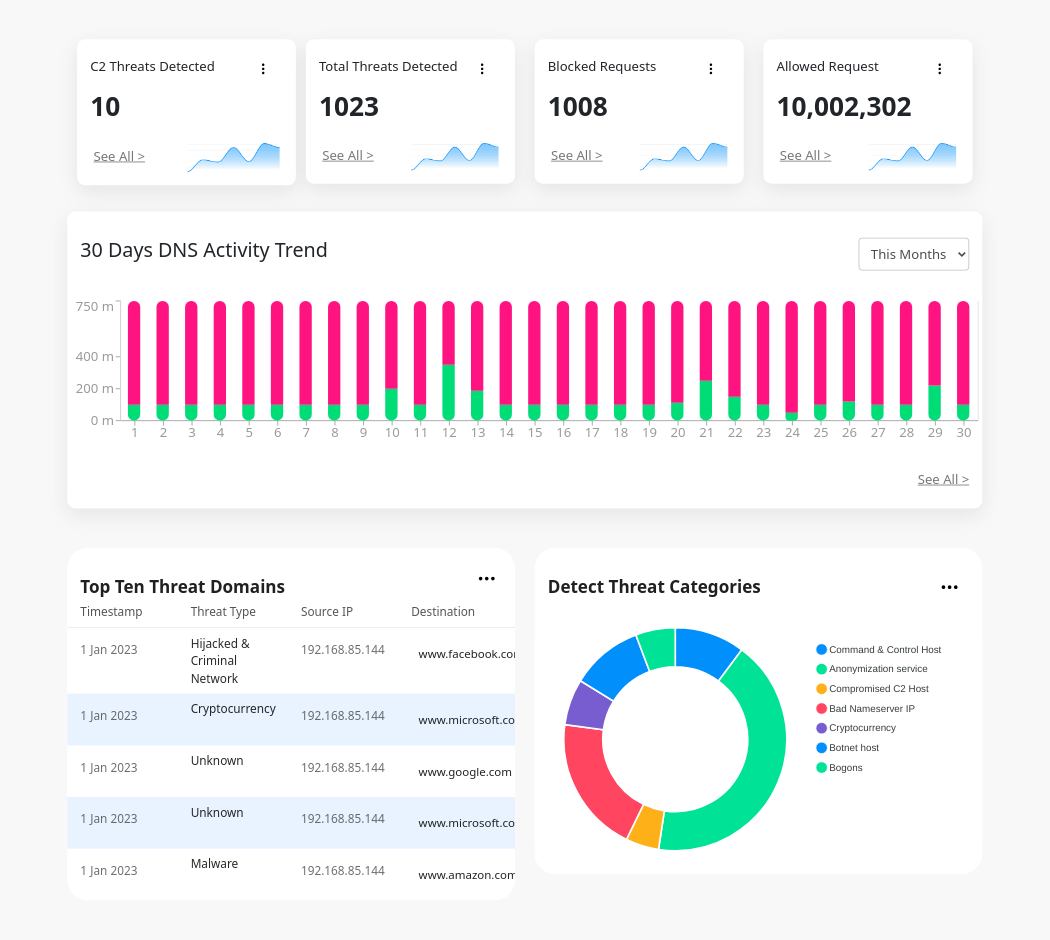
Repository: badhon252/dashboard
Page: /
These files come from the project's save history. The page is drawn as it stood at one moment and after the next save; the edit follows.
The browser window is 1280 px wide. The pictures show the whole page, at 82% of full size.
The project was rebuilt for these pictures with package versions that can differ from the ones it lists, and the page was loaded fresh each time. Also part of the build but not shown: vite.config.js.

Above is the page before, as saved 2023-01-27 13:14:06.

After the next save:
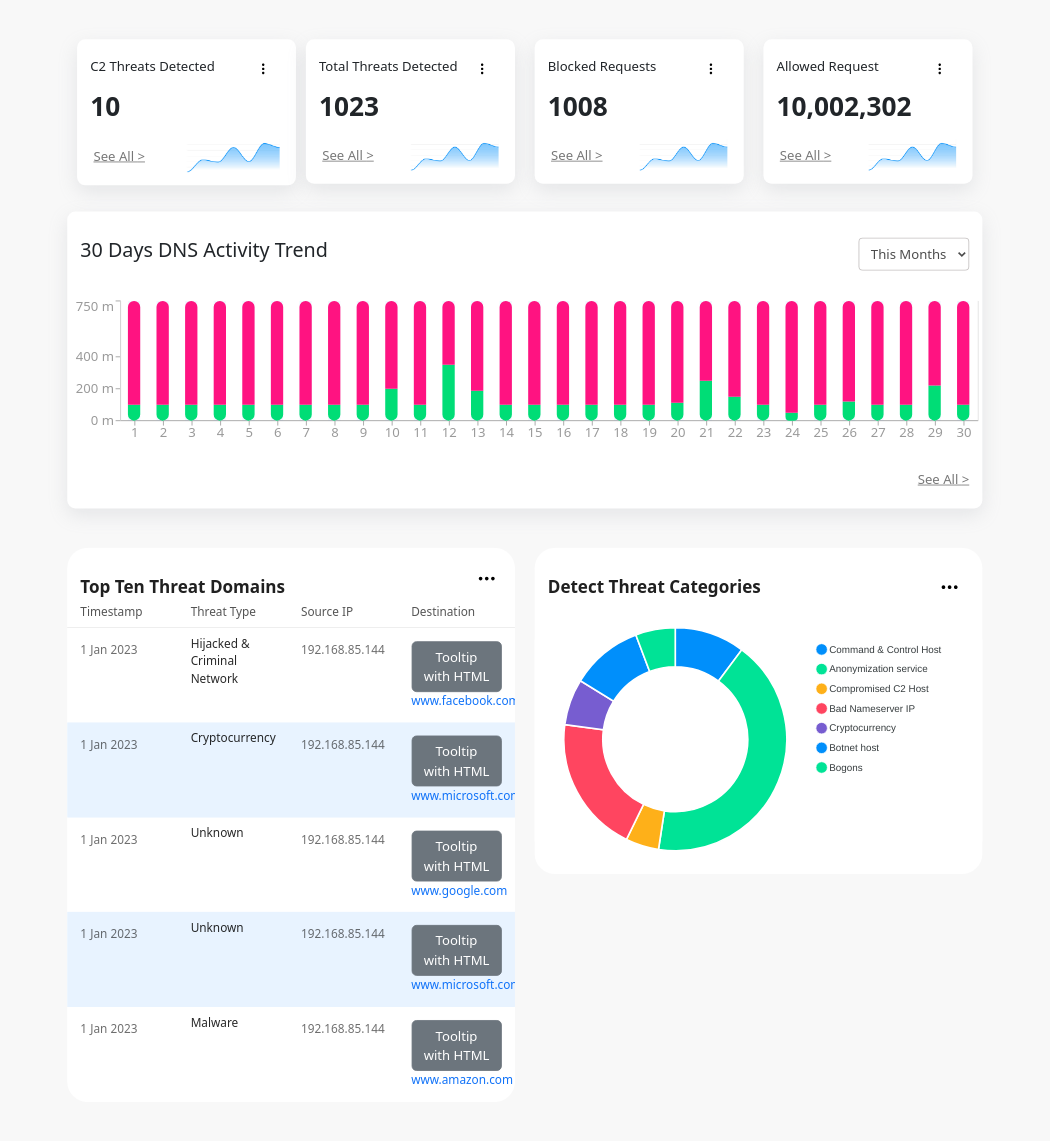
Saved 28 s later.
--- a/src/Components/Analysis/DomainThreat.jsx
+++ b/src/Components/Analysis/DomainThreat.jsx
@@ -15,13 +15,15 @@ const DomainThreat = ({ timestamp, threatType, sourseIp, destination }) => {
         <div className="destination">
           <button
             type="button"
-            class="btn btn-sm"
+            class="btn btn-secondary"
             data-bs-toggle="tooltip"
             data-bs-html="true"
             title="<em>Tooltip</em> <u>with</u> <b>HTML</b>"
           >
-            {destination || "Unknown"}
+            Tooltip with HTML
           </button>
+
+          {destination || "Unknown"}
         </div>
       </div>
     </div>
